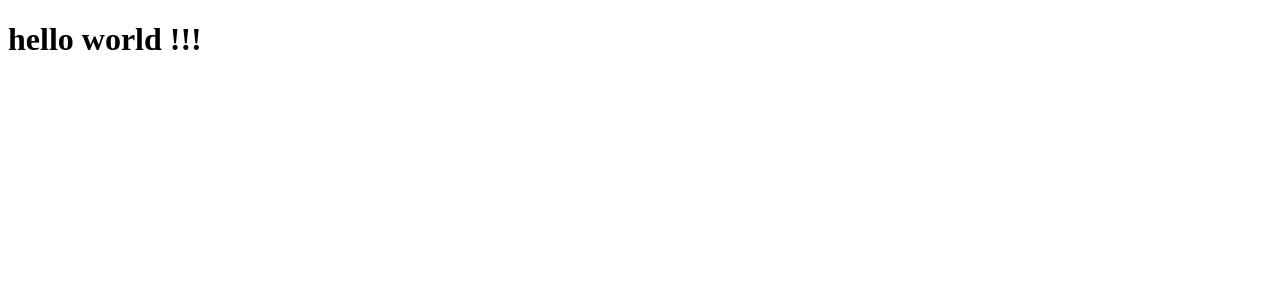
Repository: amt-12/html
Page: index.html
The author's editor kept a copy of each file at every save. The page is drawn from the files as they stood at one save, then again after the next save.
The browser window is 1280 px wide. The pictures show the whole page.

Above is the page before, as saved 2026-01-15 09:50:23.

### index.html
<!DOCTYPE html>
<html lang="en">
<head>
    <meta charset="UTF-8">
    <meta name="viewport" content="width=device-width, initial-scale=1.0">
    <title>Document</title>
</head>
<body>
    <h1>hello world !!!</h1>
</body>
</html>

After the next save:
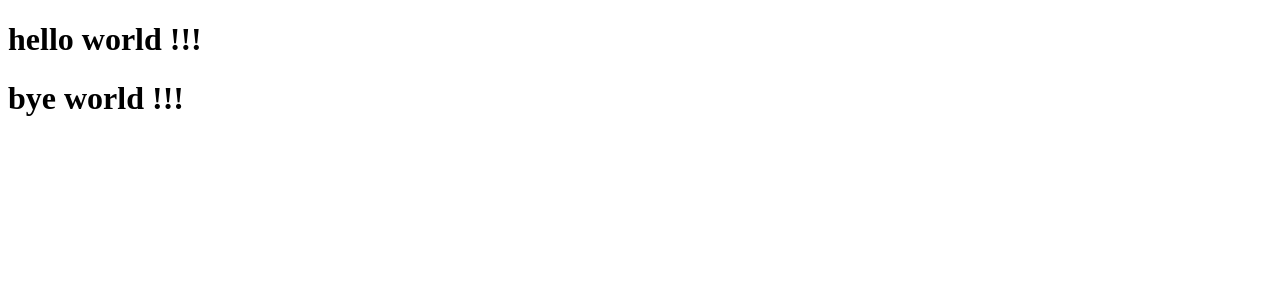
Saved 13 min 58 s later.
--- a/index.html
+++ b/index.html
@@ -7,5 +7,6 @@
 </head>
 <body>
     <h1>hello world !!!</h1>
+    <h1>bye world !!!</h1>
 </body>
 </html>
